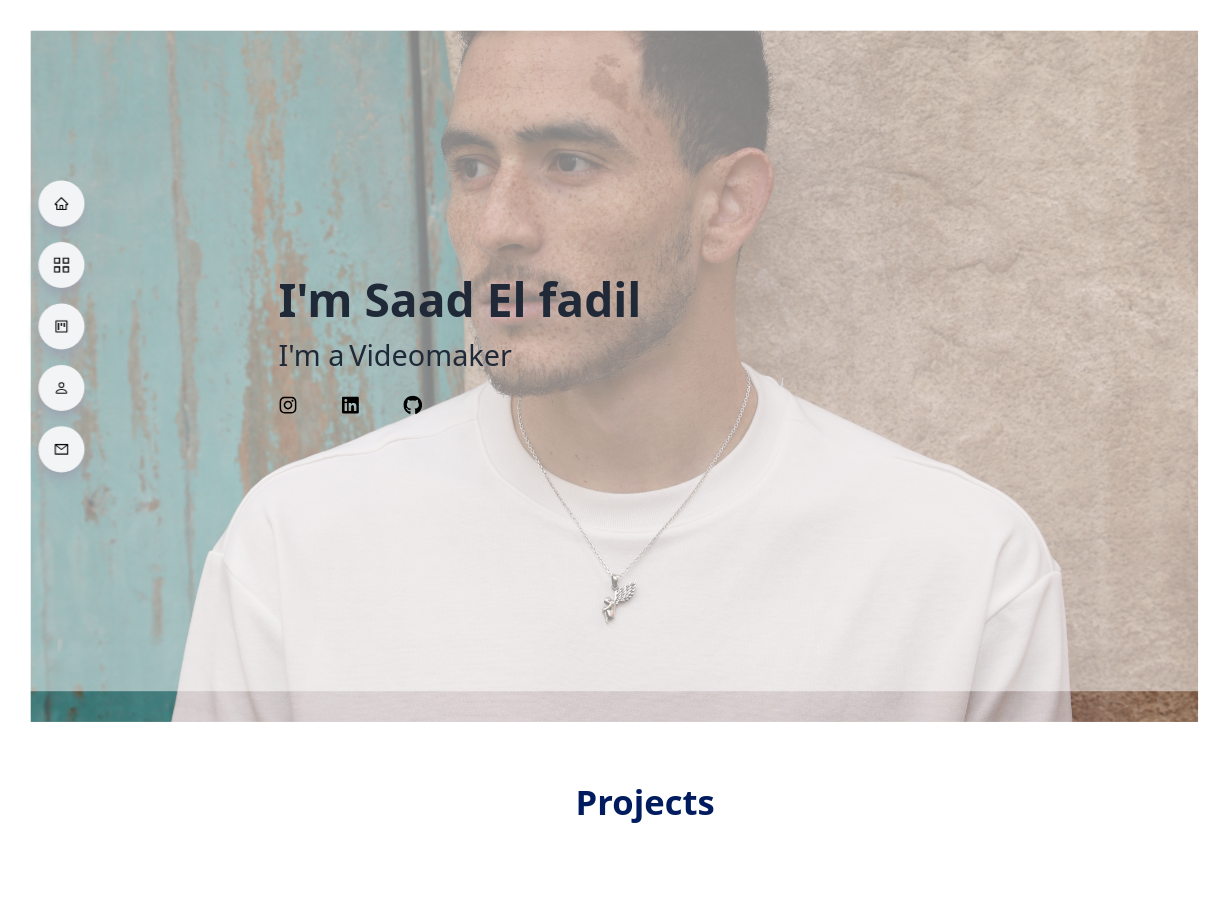
Repository: Saadelfadil/saadelfadil.github.io
Page: /
An editor plug-in stored every save of this project. The page is shown before and after the next save, followed by the edit.
The browser window is 1280 px wide. The pictures show the whole page, at 96% of full size.
The project was rebuilt for these pictures with package versions that can differ from the ones it lists, and the page was loaded fresh each time. Also part of the build but not shown: vite.config.js, src/components/ProjectItem.jsx.

Above is the page before, as saved 2023-02-26 17:49:30.

### src/App.jsx
import './App.css'
import Sidenave from './components/Sidenave'
import Main from './components/Main'
import Projects from './components/Projects'

function App() {

  return (
    <div>
      <Sidenave />
      <Main />
      <Projects />
    </div>
  )
}

export default App

### src/components/Sidenave.jsx
import React, { useState } from "react";
import { AiOutlineHome, AiOutlineMail, AiOutlineMenu, AiOutlineProject } from "react-icons/ai"
import { GrProjects } from "react-icons/gr"
import { BsPerson } from "react-icons/bs"

const Sidenave = () => {
    const [nav, setNav] = useState(false)

    const handleNav = () => {
        setNav((prev) => prev = !nav);
    };

  return (
    <div>
        <AiOutlineMenu onClick={handleNav} className="absolute top-4 right-4 z-[100] md:hidden"/>
        {
            nav ? (
                <div className="fixed w-full h-screen bg-white/90 flex flex-col justify-center items-center z-20">
                    <a href="#main" className="w-[75%] flex justify-center rounded-full shadow-lg bg-gray-100 shadow-gray-400 m-2 p-4 cursor-pointer hover:scale-110 ease-in duration-200">
                        <AiOutlineHome size={20}/>
                        <span className="pl-4">Home</span>
                    </a>
                    <a href="#work" className="w-[75%] flex justify-center rounded-full shadow-lg bg-gray-100 shadow-gray-400 m-2 p-4 cursor-pointer hover:scale-110 ease-in duration-200">
                        <GrProjects size={20}/>
                        <span className="pl-4">Work</span>
                    </a>
                    <a href="#projects" className="w-[75%] flex justify-center rounded-full shadow-lg bg-gray-100 shadow-gray-400 m-2 p-4 cursor-pointer hover:scale-110 ease-in duration-200">
                        <AiOutlineProject size={20}/>
                        <span className="pl-4">Projects</span>
                    </a>
                    <a href="#main" className="w-[75%] flex justify-center rounded-full shadow-lg bg-gray-100 shadow-gray-400 m-2 p-4 cursor-pointer hover:scale-110 ease-in duration-200">
                        <BsPerson size={20}/>
                        <span className="pl-4">Resume</span>
                    </a>
                    <a href="#contact" className="w-[75%] flex justify-center rounded-full shadow-lg bg-gray-100 shadow-gray-400 m-2 p-4 cursor-pointer hover:scale-110 ease-in duration-200">
                        <AiOutlineMail size={20}/>
                        <span className="pl-4">Contact</span>
                    </a>
                </div>
            ) : ""
        }

        <div className="md:block hidden fixed top-[25%] z-10">
            <div className="flex flex-col">
                <a href="#main" className="rounded-full shadow-lg bg-gray-100 shadow-gray-400 m-2 p-4 cursor-pointer hover:scale-110 ease-in duration-300 ">
                    <AiOutlineHome />
                </a>
                <a href="#work" className="rounded-full shadow-lg bg-gray-100 shadow-gray-400 m-2 p-4 cursor-pointer hover:scale-110 ease-in duration-300 ">
                    <GrProjects />
                </a>
                <a href="#projects" className="rounded-full shadow-lg bg-gray-100 shadow-gray-400 m-2 p-4 cursor-pointer hover:scale-110 ease-in duration-300 ">
                    <AiOutlineProject />
                </a>
                <a href="#main" className="rounded-full shadow-lg bg-gray-100 shadow-gray-400 m-2 p-4 cursor-pointer hover:scale-110 ease-in duration-300 ">
                    <BsPerson />
                </a>
                <a href="#contact" className="rounded-full shadow-lg bg-gray-100 shadow-gray-400 m-2 p-4 cursor-pointer hover:scale-110 ease-in duration-300 ">
                    <AiOutlineMail />
                </a>
            </div>
        </div>
    </div>
  )
};

export default Sidenave;

### src/components/Main.jsx
import React from "react";
import { TypeAnimation } from "react-type-animation"
import { FaGithub, FaInstagram, FaLinkedin } from "react-icons/fa"

const Main = () => {
  return (
    <div id="main">
        <img className="w-full h-screen object-cover object-right " src="/src/assets/saadelfadil.jpg" alt="saadelfadil" />
        <div className="w-full h-screen absolute top-0 left-0 bg-white/50 ">
            <div className="max-w-[700px] m-auto h-full w-full flex flex-col justify-center lg:items-start items-center ">
                <h1 className="sm:text-5xl text-4xl font-bold text-gray-800">I'm Saad El fadil</h1>
                <h2 className="flex sm:text-3xl text-2xl pt-4 text-gray-800">I'm a
                    <TypeAnimation
                        sequence={[
                            'Software Engineer', // Types 'One'
                            1000, // Waits 1s
                            'Videomaker', // Deletes 'One' and types 'Two'
                            2000, // Waits 2s
                        ]}
                        wrapper="div"
                        cursor={true}
                        repeat={Infinity}
                        style={{ fontSize: '1em', paddingLeft: "5px" }}
                    />
                </h2>
                <div className="flex justify-between pt-6 max-w-[150px] w-full">
                        <FaInstagram size={20} className="cursor-pointer"/>
                        <FaLinkedin size={20} className="cursor-pointer"/>
                        <FaGithub size={20} className="cursor-pointer"/>
                </div>
            </div>
        </div>
    </div>
  )
};

export default Main;

### src/components/Projects.jsx
import React from "react";
import ProjectItem from "./ProjectItem";
import img from "../assets/saadelfadil.jpg";

const Projects = () => {
  return (
    <div id="projects" className="max-w-[1028px] m-auto md:pl-20 p-4 py-16">
        <h1 className="text-4xl font-bold text-center text-[#001b5e] ">Projects</h1>
        <p>

        </p>
        {/* <ProjectItem /> */}
    </div>
  )
};

export default Projects;

Loaded but not shown: index.html (common file); src/main.jsx (common file); src/index.css (common file); src/App.css (common file); tailwind.config.cjs (common file)

After the next save:
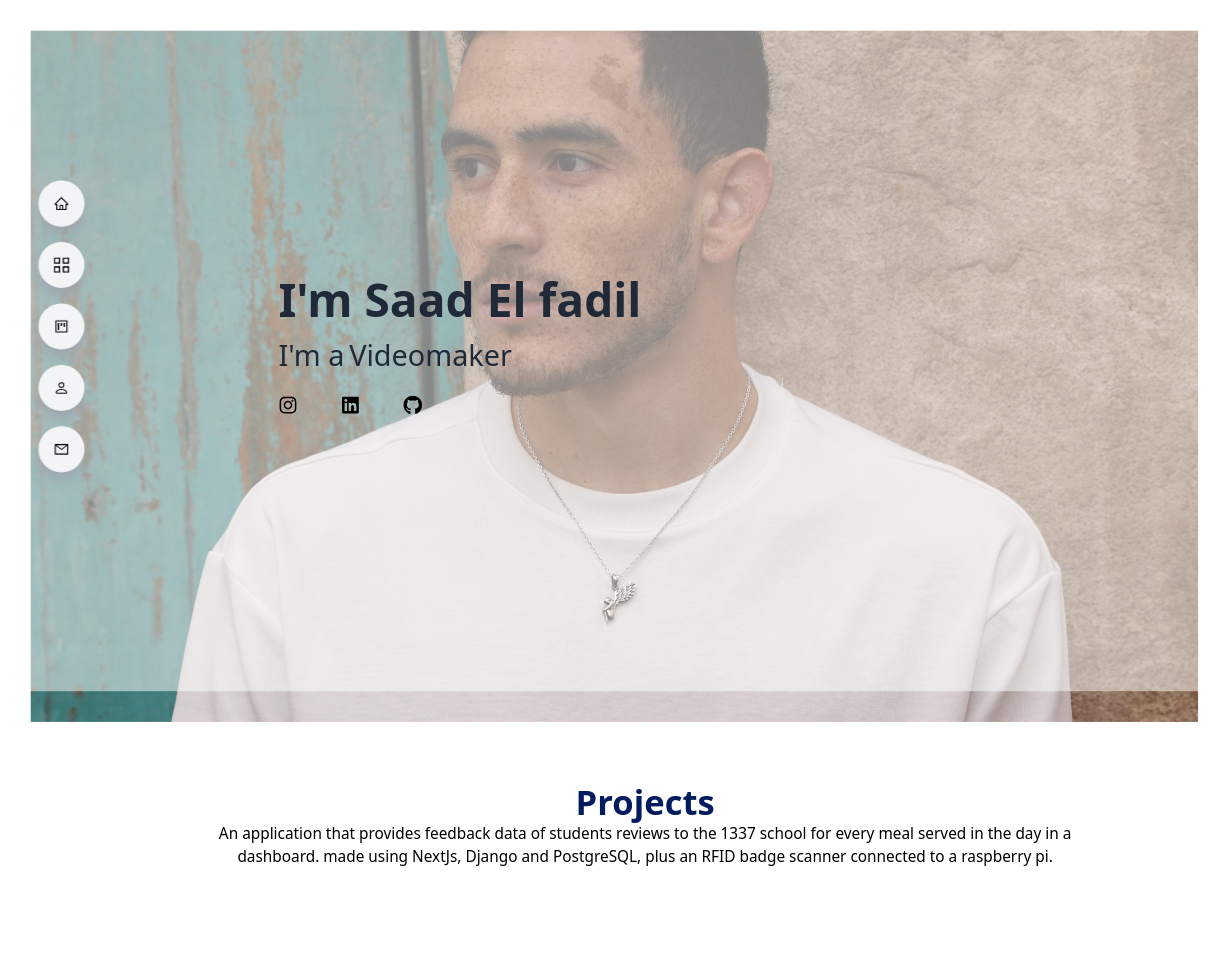
Saved 41 s later.
--- a/src/components/Projects.jsx
+++ b/src/components/Projects.jsx
@@ -7,7 +7,7 @@ const Projects = () => {
     <div id="projects" className="max-w-[1028px] m-auto md:pl-20 p-4 py-16">
         <h1 className="text-4xl font-bold text-center text-[#001b5e] ">Projects</h1>
         <p>
-
+            An application that provides feedback data of students reviews to the 1337 school for every meal served in the day in a dashboard. made using NextJs, Django and PostgreSQL, plus an RFID badge scanner connected to a raspberry pi.
         </p>
         {/* <ProjectItem /> */}
     </div>
